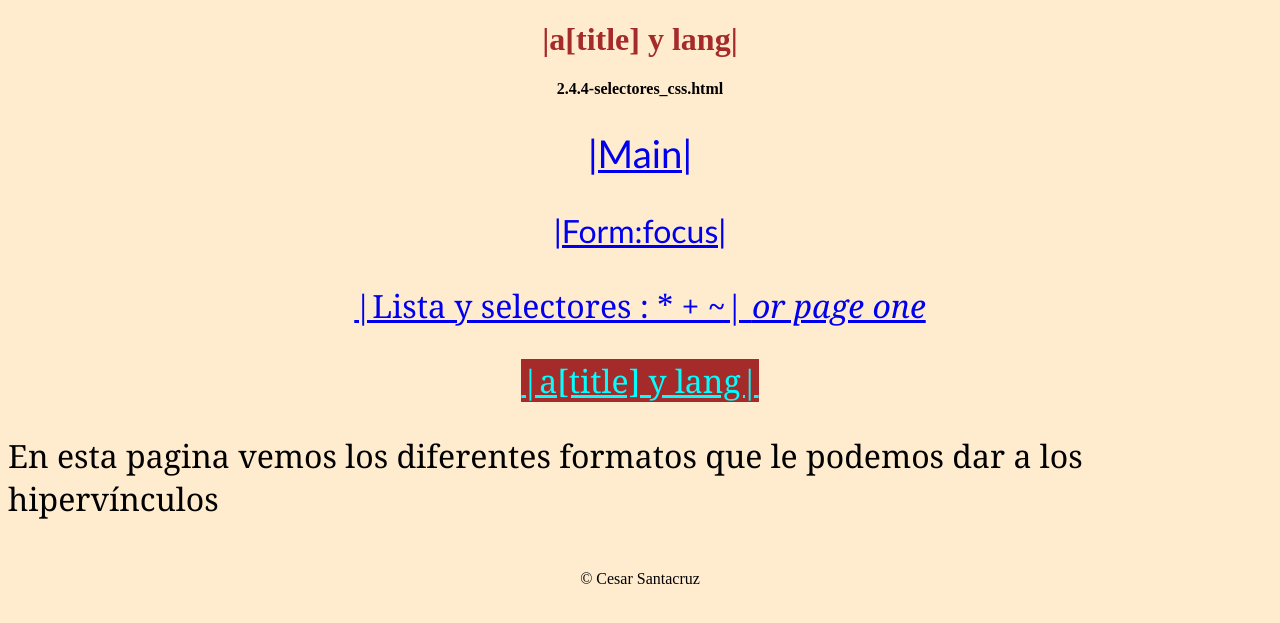
Repository: cesarsant0203/My_Study
Page: Introducción al desarrollo web/2-Css/2.4.4-selectores_css.html
These files come from the project's save history. The page is drawn as it stood at one moment and after the next save; the edit follows.
The browser window is 1280 px wide. The pictures show the whole page.

Above is the page before, as saved 2020-04-28 19:57:13.

### Introducción al desarrollo web/2-Css/2.4.4-selectores_css.html
<!DOCTYPE html>
<html lang="es">

<head>
    <meta charset="utf-8" />
    <title> Selectores CSS </title>
    <link href="2.4.4-selectores_css.css" rel="stylesheet" />
</head>

<body>

    <h1 id="titulo">|a[title] y lang|</h1>
    <h4>2.4.4-selectores_css.html</h4>
    <section id="mySection" class="box">
        <nav>
            <p>
                <a href="2.4-selectores_css.html" title="Indice">|Main|</a>
            </p>
            <p>
                <a href="2.4.2-selectores_css.html" title="Visitado">|Form:focus|</a>
            </p>
            <p>
                <a href="2.4.3-selectores_css.html" title="Pagina 1">|Lista y selectores : * + ~|
                    <span lang="en"> or page one</span></a>
            </p>
            <p>
                <a href="2.4.4-selectores_css.html" id="top-one">|a[title] y lang|</a>
            </p>
        </nav>
    </section>
    <article>
        <p id="p1">
            En esta pagina vemos los diferentes formatos que le podemos
             dar a los hipervínculos
        </p>
    </article>
    <footer>
        &copy Cesar Santacruz
    </footer>
</body>

</html>

### Introducción al desarrollo web/2-Css/2.4.4-selectores_css.css
/*a[title]{
    font-weight: bold;
}
*/
h1#titulo, h4, section#mySection {
    text-align: center;
}
h1 {
    color: brown;
}
*{
    background-color: blanchedalmond;
}
a[title=Visitado]{
    font-family: 'Gill Sans', 'Gill Sans MT', Calibri, 'Trebuchet MS', sans-serif;
    font-size: xx-large;
}
a[id |=top] {
    background-color: brown;
    color: aqua;
}
a[title~=Indice]{
    font-family: 'Gill Sans', 'Gill Sans MT', Calibri, 'Trebuchet MS', sans-serif;
    font-size: larger;
}
:lang(en){
    font-style: italic;
}
p {
    font-family: Georgia, 'Times New Roman', Times, serif;
    font-size: 2em;

}
footer {
    position: relative;
    margin-top: 50px;
    text-align: center;
    height: 30px;
}

After the next save:
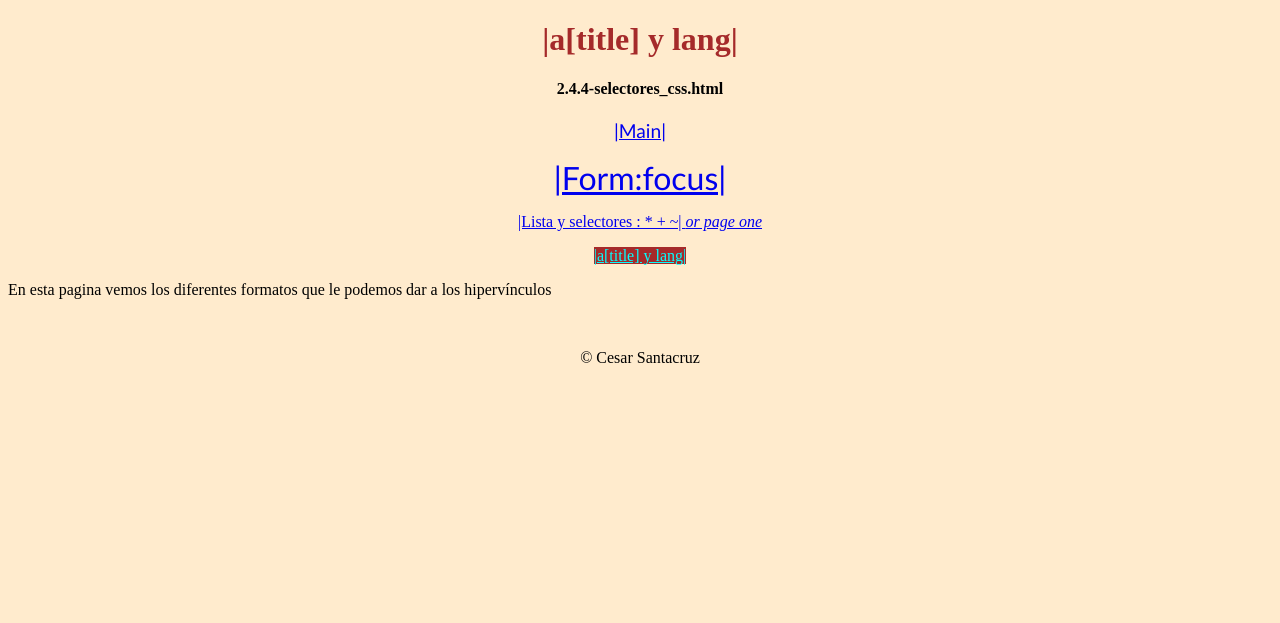
Saved 9 s later.
--- a/Introducción al desarrollo web/2-Css/2.4.4-selectores_css.css
+++ b/Introducción al desarrollo web/2-Css/2.4.4-selectores_css.css
@@ -26,7 +26,7 @@ a[title~=Indice]{
 :lang(en){
     font-style: italic;
 }
-p {
+p#pa {
     font-family: Georgia, 'Times New Roman', Times, serif;
     font-size: 2em;
 
